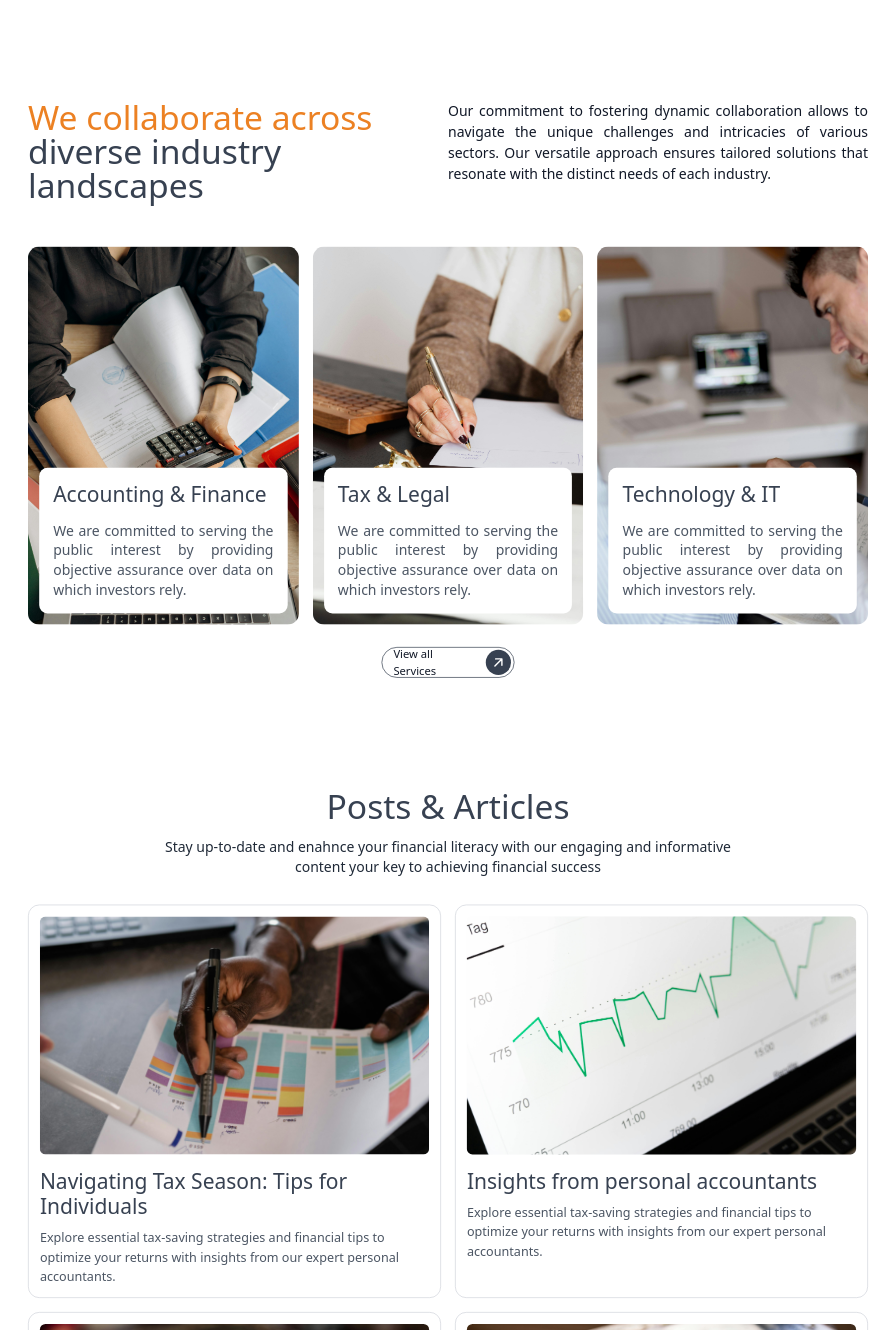
Repository: vespersolutionspk18/integrast-website
Page: /
These files come from the project's save history. The page is drawn as it stood at one moment and after a run of saves; the edit follows.
The browser window is 1280 px wide. The pictures show the part of the page from y = 876 to 2776 px (the page is 4814 px tall), at 70% of full size.
The project was rebuilt for these pictures with package versions that can differ from the ones it lists, and the page was loaded fresh each time. The framework's server and built-in components were replaced by stand-ins that run in the browser. Also part of the build but not shown: next.config.ts.

Above is the page before, as saved 2024-12-12 18:54:21.

### app/layout.tsx
import type { Metadata } from "next";
import localFont from "next/font/local";
import "./globals.css";

const geistSans = localFont({
  src: "./fonts/GeistVF.woff",
  variable: "--font-geist-sans",
  weight: "100 900",
});
const geistMono = localFont({
  src: "./fonts/GeistMonoVF.woff",
  variable: "--font-geist-mono",
  weight: "100 900",
});

export const metadata: Metadata = {
  title: "Integra Strategy",
  description: "-",
};

export default function RootLayout({
  children,
}: Readonly<{
  children: React.ReactNode;
}>) {
  return (
    <html lang="en">
      <body
        className={`${geistSans.variable} ${geistMono.variable} antialiased`}
      >
        {children}
      </body>
    </html>
  );
}

### app/page.tsx
import Header from "./Header";
import Hero from "./Hero";
import Services from "./Services";
import Postsart from "./Postsart";
import Faqsection from "./Faqsection";
import GetinTouchSection from "./GetinTouchSection";
import Footer from "./Footer";

export default function Home() {
  return (
    <div>
      <Header />
      <Hero />
      <Services />
      <Postsart />
      <Faqsection />
      <GetinTouchSection />
      <Footer />
    </div>
  );
}

### app/Header.tsx
import React from 'react'
import IntegraLogo from "@/public/assets/integra-logo.svg";
import ButtonArrow from "@/public/assets/buttonarrow.svg";
import HeaderMenu from "@/public/assets/sm-header-menu.svg";
const Header = () => {
  return (
    <div className="lg:pl-10 pl-5 pr-5 lg:pr-10 pt-4 lg:pt-1 lg:pb-3 flex flex-row justify-between  font-sans font-light text-gray-800">
      <IntegraLogo className="lg:h-[90px] flex lg:w-[200px] h-[50px]" />
      <div className="text-xl hidden lg:flex flex-row gap-5 items-center ">
        <div className="hover:text-black hover:font-normal hover:cursor-pointer">Insights</div>
        <div className="hover:text-black hover:font-normal hover:cursor-pointer">Industries</div>
        <div className="hover:text-black hover:font-normal hover:cursor-pointer">Services</div>
        <div className="hover:text-black hover:font-normal hover:cursor-pointer">About</div>
        <div className="hover:text-black hover:font-normal hover:cursor-pointer pr-5">Clients</div>
        <div id="button"
  className="group  bg-gray-700 h-[44px] flex-row border-[1px] border-gray-700 text-white text-[16px] py-1 px-1 font-light rounded-full hidden lg:flex items-center justify-between w-[170px] transition-width duration-500 ease-in-out  hover:w-[195px] hover:bg-[#ec8123] hover:border-[#ec8123] hover:cursor-pointer "

>
  <div className="mx-3 font-sans font-regular">Contact Us</div>
  <div className="bg-white rounded-full h-[36px] w-[36px] flex items-center justify-center transition-transform duration-500 ease-in-out group-hover:rotate-45 ">
    <ButtonArrow className="h-[24px] w-[24px]" />
  </div>
            </div>
      </div>
      <div className="lg:hidden flex border-[1px] border-gray-400 rounded-xl p-3 items-center justify-center">
    <HeaderMenu className="h-[24px] w-[24px]" />
      </div>
    </div>

  )
}

export default Header

### app/Services.tsx
import React from 'react'
import ButtonArrowwhite from "@/public/assets/buttonarrowwhite.svg";

const Services = () => {
  return (
    <div className="flex flex-col p-7 lg:p-10 mt-2 lg:mt-16 items-center ">
        <div className="flex flex-col md:flex-row items-start justify-start ">
            <div className="w-full lg:w-1/2 font-sans font-light text-4xl lg:text-5xl text-[#ec8123]">We collaborate across <span className="text-gray-700">diverse industry landscapes</span></div>
            <div className="w-full lg:w-1/2 font-sans text-gray-900 text-justify text-lg leading-tight lg:leading-normal lg:text-xl  font-light">Our commitment to fostering dynamic collaboration allows to navigate the unique challenges and intricacies of various sectors. Our versatile approach ensures tailored solutions that resonate with the distinct needs of each industry.</div>
        </div>
        <div className="flex flex-row gap-5 mt-16">
            <div className="rounded-2xl w-1/3 h-[540px] bg-cover bg-center flex items-end  " style={{backgroundImage: `url('/assets/audit.jpg')`}}>
            <div className="group">
  <div className="bg-white m-4  rounded-[12px] flex flex-col relative transition-all duration-500 ease-in-out hover:pb-[120px] min-h-[180px]">
    <h5 className="ml-5 mt-5 mr-5 mb-5 font-sans text-3xl text-gray-700 group-hover:text-[#ec8123] font-light">
      Accounting & Finance
    </h5>
    <p className="ml-5 mr-5 mb-5 text-justify font-sans font-light text-xl text-gray-600">
      We are committed to serving the public interest by providing objective assurance over data on which investors rely.
    </p>
    {/* Hidden div */}
    <div className="absolute bottom-5 left-5 text-xl font-sans font-light  text-gray-600 px-4 py-2 rounded-md opacity-0 invisible transition-all duration-500 group-hover:opacity-100 group-hover:visible hover:text-black hover:cursor-pointer  hover:underline">
      Learn More
    </div>
  </div>
</div>

</div>
            <div className="rounded-2xl w-1/3 h-[540px] bg-cover bg-center flex items-end" style={{backgroundImage: `url('/assets/tax.jpg')`}}>
            <div className="group">
  <div className="bg-white m-4  rounded-[12px] flex flex-col relative transition-all duration-500 ease-in-out hover:pb-[120px] min-h-[180px]">
    <h5 className="ml-5 mt-5 mr-5 mb-5 font-sans text-3xl text-gray-700 group-hover:text-[#ec8123] font-light">
      Tax & Legal
    </h5>
    <p className="ml-5 mr-5 mb-5 text-justify font-sans font-light text-xl text-gray-600">
      We are committed to serving the public interest by providing objective assurance over data on which investors rely.
    </p>
    {/* Hidden div */}
    <div className="absolute bottom-5 left-5 text-xl font-sans font-light  text-gray-600 px-4 py-2 rounded-md opacity-0 invisible transition-all duration-500 group-hover:opacity-100 group-hover:visible hover:text-black hover:cursor-pointer  hover:underline">
      Learn More
    </div>
  </div>
</div>
</div>
            <div className="rounded-2xl w-1/3 h-[540px] bg-cover bg-center flex items-end" style={{backgroundImage: `url('/assets/tech.jpg')`}}>
            <div className="group">
  <div className="bg-white m-4  rounded-[12px] flex flex-col relative transition-all duration-500 ease-in-out hover:pb-[120px] min-h-[180px]">
    <h5 className="ml-5 mt-5 mr-5 mb-5 font-sans text-3xl text-gray-700 group-hover:text-[#ec8123] font-light">
      Technology & IT
    </h5>
    <p className="ml-5 mr-5 mb-5 text-justify font-sans font-light text-xl text-gray-600">
      We are committed to serving the public interest by providing objective assurance over data on which investors rely.
    </p>
    {/* Hidden div */}
    <div className="absolute bottom-5 left-5 text-xl font-sans font-light  text-gray-600 px-4 py-2 rounded-md opacity-0 invisible transition-all duration-500 group-hover:opacity-100 group-hover:visible hover:text-black hover:cursor-pointer  hover:underline">
      Learn More
    </div>
  </div>
</div>
</div>
        </div>
        <div className="mt-8">
                <div id="button"
  className="group  bg-white h-[44px] flex-row border-[1px] border-gray-700 text-gray-900 text-[16px] py-1 px-1 font-light rounded-full hidden md:flex items-center justify-between w-[190px] transition-width duration-500 ease-in-out hover:cursor-pointer  hover:w-[215px] hover:bg-gray-700 hover:border-gray-700 hover:text-white "

>
  <div className="mx-3 font-sans font-regular">View all Services</div>
  <div className="bg-gray-700 rounded-full h-[36px] w-[36px] flex items-center justify-center transition-transform duration-500 ease-in-out group-hover:rotate-45 group-hover:bg-[#ec8123]">
    <ButtonArrowwhite className="h-[24px] w-[24px]" />
  </div>
            </div>
                </div>
    </div>
  )
}

export default Services

### app/GetinTouchSection.tsx
import React from 'react'
import ButtonArrowwhite from "@/public/assets/buttonarrowwhite.svg";
import ButtonArrow from "@/public/assets/buttonarrow.svg";

const GetinTouchSection = () => {
  return (
    <div className="mt-16">
        <div className="flex flex-row p-10 ">
        <div className="ml-10 w-1/2 font-sans font-light text-gray-700 text-4xl">
        <b>Spread all over the world</b> and get an accountant easily
        </div>
        <div className="mr-10 w-1/2 flex flex-col">
        <p className="font-light text-xl text-gray-700 font-sans text-justify">
            Integra: A global leader in audit, tax, and advisory services, united in expertise, and cultural understanding to deliver exceptional, tailored solutions in audit, accounting, tax, financial advisory, consulting and legal services
        </p>
        <div className="flex flex-row justify-between mt-10">
        <div className="w-1/2 flex flex-col gap-2">
        <h5 className="font-sans font-light text-3xl text-gray-700">100+</h5>
        <p className="font-sans font-light text-xl text-gray-700">Experts in the field</p>

        </div>
        <div className="w-1/2 flex flex-col gap-2">
        <h5 className="font-sans font-light text-3xl text-gray-700">18</h5>
        <p className="font-sans font-light text-xl text-gray-700">Countries we work in </p>
        </div>
        </div>
        <div className="flex flex-row gap-5 pt-10">
                <div>
                <div id="button"
  className="group  bg-white h-[44px] flex-row border-[1px] border-gray-700 text-gray-900 text-[16px] py-1 px-1 font-light rounded-full hidden md:flex items-center justify-between w-[170px] transition-width duration-500 ease-in-out  hover:w-[195px] hover:bg-gray-700 hover:border-gray-700 hover:text-white hover:cursor-pointer "

>
  <div className="mx-3 font-sans font-regular">Get In Touch</div>
  <div className="bg-gray-700 rounded-full h-[36px] w-[36px] flex items-center justify-center transition-transform duration-500 ease-in-out group-hover:rotate-45">
    <ButtonArrowwhite className="h-[24px] w-[24px]" />
  </div>
            </div>
                </div>
                <div>
                <div id="button"
  className="group  bg-gray-700 h-[44px] flex-row border-[1px] border-gray-700 text-white text-[16px] py-1 px-1 font-light rounded-full hidden md:flex items-center justify-between w-[170px] transition-width duration-500 ease-in-out  hover:w-[195px] hover:bg-white hover:border-gray-700 hover:text-gray-700 hover:cursor-pointer "

>
  <div className="mx-3 font-sans font-regular">Get a Quote</div>
  <div className="bg-white rounded-full h-[36px] w-[36px] flex items-center justify-center transition-transform duration-500 ease-in-out group-hover:rotate-45 group-hover:border-[1px] group-hover:border-gray-700">
    <ButtonArrow className="h-[24px] w-[24px]" />
  </div>
            </div>
                </div>

                </div>
        </div>
    </div>
    </div>
  )
}

export default GetinTouchSection

### app/Footer.tsx
import React from 'react'
import IntegraFooterLogo from "@/public/assets/integra-logo-white.svg";
import { Separator } from '@/components/ui/separator';

const Footer = () => {
  return (
    <div className="flex flex-col bg-black text-white mt-16">
        <div className="flex flex-row p-10 justify-between">
        <div className="w-[46%] pr-10 flex flex-col gap-5">
        <IntegraFooterLogo className="h-[90px] w-[220px]" />
        <h3 className="font-sans font-light text-2xl">Your trusted source for expert personal accounting services. Explore what we have to offer.</h3>
        </div>
        <div className="w-[18%] flex flex-col justify-between font-sans font-light">
        <p className="text-white text-2xl font-normal">Navigation</p>
        <ul className="text-gray-100 text-xl">
        <li className="mt-2">Services</li>
        <li className="mt-2">About Us</li>
        <li className="mt-2">Contact Us</li>
        </ul>
        </div>
        <div className="w-[18%] flex flex-col justify-between font-sans font-light">
        <p className="text-white text-2xl font-normal">Services</p>
        <ul className="text-gray-100 text-xl">
        <li className="mt-2">Accounting & Finance</li>
        <li className="mt-2">Tax & Legal</li>
        <li className="mt-2">Technology & IT</li>
        </ul>
        </div>
        <div className="w-[18%] flex flex-col justify-between font-sans font-light">
        <p className="text-white text-2xl font-normal">Company</p>
        <ul className="text-gray-100 text-xl">
        <li className="mt-2">Legal</li>
        <li className="mt-2">Terms of Use</li>
        <li className="mt-2">Privacy Policy</li>
        </ul>
        </div>
        </div>
        <div className="pl-10 pr-10 pb-2 pt-5">
        <Separator className="border-gray-500 border-[0.5px]" />
        </div>
        <div className="pr-10 pl-10 pt-2 pb-5 font-light font-sans text-gray-200">
        &#169; Integra Strategy (Pvt.) Ltd. All Rights Reserved.
        </div>
    </div>
  )
}

export default Footer

### components/ui/separator.tsx
"use client"

import * as React from "react"
import * as SeparatorPrimitive from "@radix-ui/react-separator"

import { cn } from "@/lib/utils"

const Separator = React.forwardRef<
  React.ElementRef<typeof SeparatorPrimitive.Root>,
  React.ComponentPropsWithoutRef<typeof SeparatorPrimitive.Root>
>(
  (
    { className, orientation = "horizontal", decorative = true, ...props },
    ref
  ) => (
    <SeparatorPrimitive.Root
      ref={ref}
      decorative={decorative}
      orientation={orientation}
      className={cn(
        "shrink-0 bg-border",
        orientation === "horizontal" ? "h-[1px] w-full" : "h-full w-[1px]",
        className
      )}
      {...props}
    />
  )
)
Separator.displayName = SeparatorPrimitive.Root.displayName

export { Separator }

Loaded but not shown: app/globals.css (common file); lib/utils.ts (common file); tailwind.config.ts (common file); app/Hero.tsx (59 lines, source omitted); app/Faqsection.tsx (82 lines, source omitted); app/Postsart.tsx (36 lines, source omitted)

After the next 2 saves:
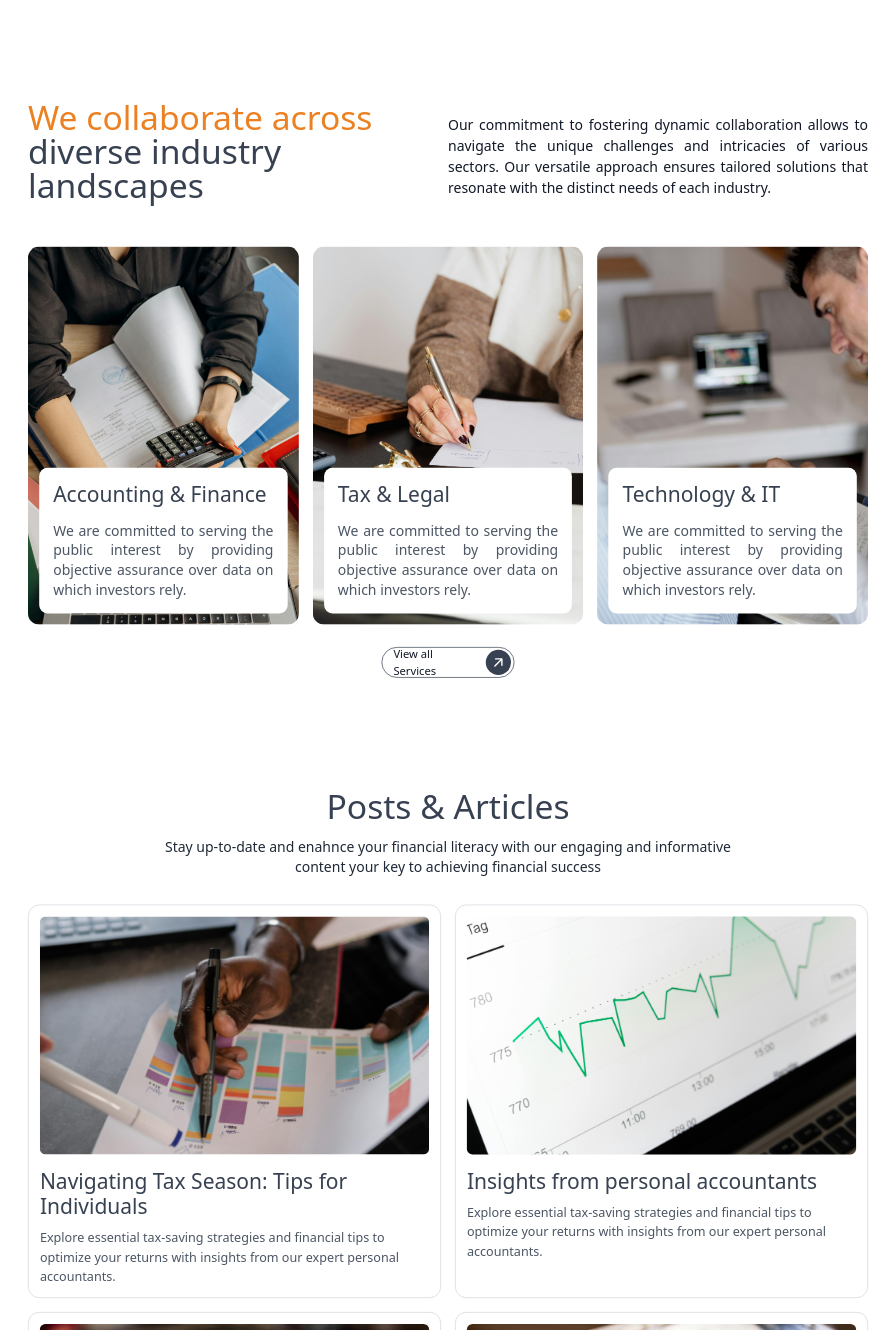
The 2 saves are shown as one change because they came seconds apart.
The last was saved 10 s later.
--- a/app/Services.tsx
+++ b/app/Services.tsx
@@ -6,7 +6,7 @@
     <div className="flex flex-col p-7 lg:p-10 mt-2 lg:mt-16 items-center ">
         <div className="flex flex-col md:flex-row items-start justify-start ">
             <div className="w-full lg:w-1/2 font-sans font-light text-4xl lg:text-5xl text-[#ec8123]">We collaborate across <span className="text-gray-700">diverse industry landscapes</span></div>
-            <div className="w-full lg:w-1/2 font-sans text-gray-900 text-justify text-lg leading-tight lg:leading-normal lg:text-xl  font-light">Our commitment to fostering dynamic collaboration allows to navigate the unique challenges and intricacies of various sectors. Our versatile approach ensures tailored solutions that resonate with the distinct needs of each industry.</div>
+            <div className="w-full lg:w-1/2 font-sans text-gray-900 text-justify text-lg leading-tight lg:leading-normal mt-5 lg:text-xl  font-light">Our commitment to fostering dynamic collaboration allows to navigate the unique challenges and intricacies of various sectors. Our versatile approach ensures tailored solutions that resonate with the distinct needs of each industry.</div>
         </div>
         <div className="flex flex-row gap-5 mt-16">
             <div className="rounded-2xl w-1/3 h-[540px] bg-cover bg-center flex items-end  " style={{backgroundImage: `url('/assets/audit.jpg')`}}>

After the save that followed:
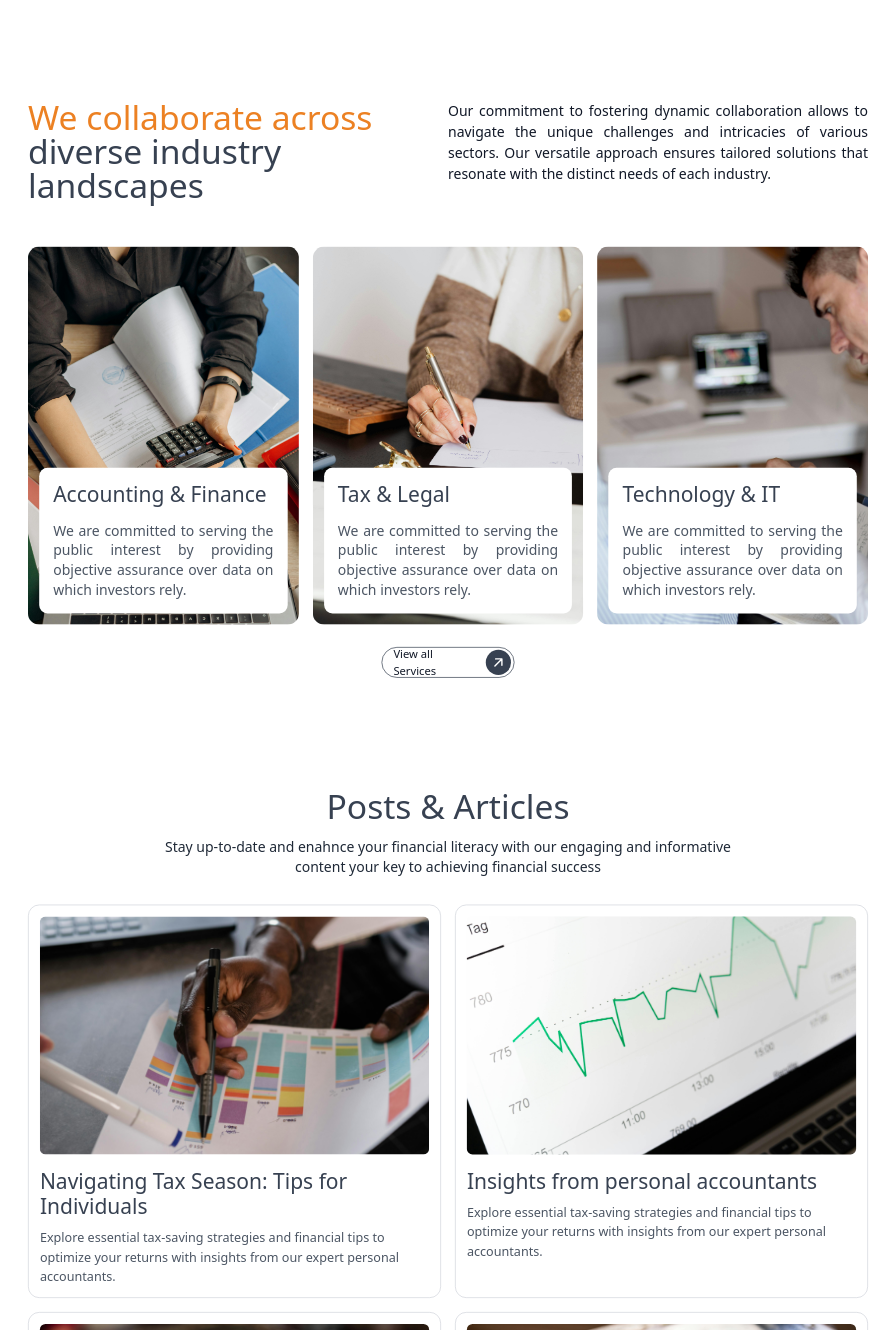
Saved 5 s later.
--- a/app/Services.tsx
+++ b/app/Services.tsx
@@ -6,7 +6,7 @@
     <div className="flex flex-col p-7 lg:p-10 mt-2 lg:mt-16 items-center ">
         <div className="flex flex-col md:flex-row items-start justify-start ">
             <div className="w-full lg:w-1/2 font-sans font-light text-4xl lg:text-5xl text-[#ec8123]">We collaborate across <span className="text-gray-700">diverse industry landscapes</span></div>
-            <div className="w-full lg:w-1/2 font-sans text-gray-900 text-justify text-lg leading-tight lg:leading-normal mt-5 lg:text-xl  font-light">Our commitment to fostering dynamic collaboration allows to navigate the unique challenges and intricacies of various sectors. Our versatile approach ensures tailored solutions that resonate with the distinct needs of each industry.</div>
+            <div className="w-full lg:w-1/2 font-sans text-gray-900 text-justify text-lg leading-tight lg:leading-normal mt-5 lg:mt-0 lg:text-xl  font-light">Our commitment to fostering dynamic collaboration allows to navigate the unique challenges and intricacies of various sectors. Our versatile approach ensures tailored solutions that resonate with the distinct needs of each industry.</div>
         </div>
         <div className="flex flex-row gap-5 mt-16">
             <div className="rounded-2xl w-1/3 h-[540px] bg-cover bg-center flex items-end  " style={{backgroundImage: `url('/assets/audit.jpg')`}}>
